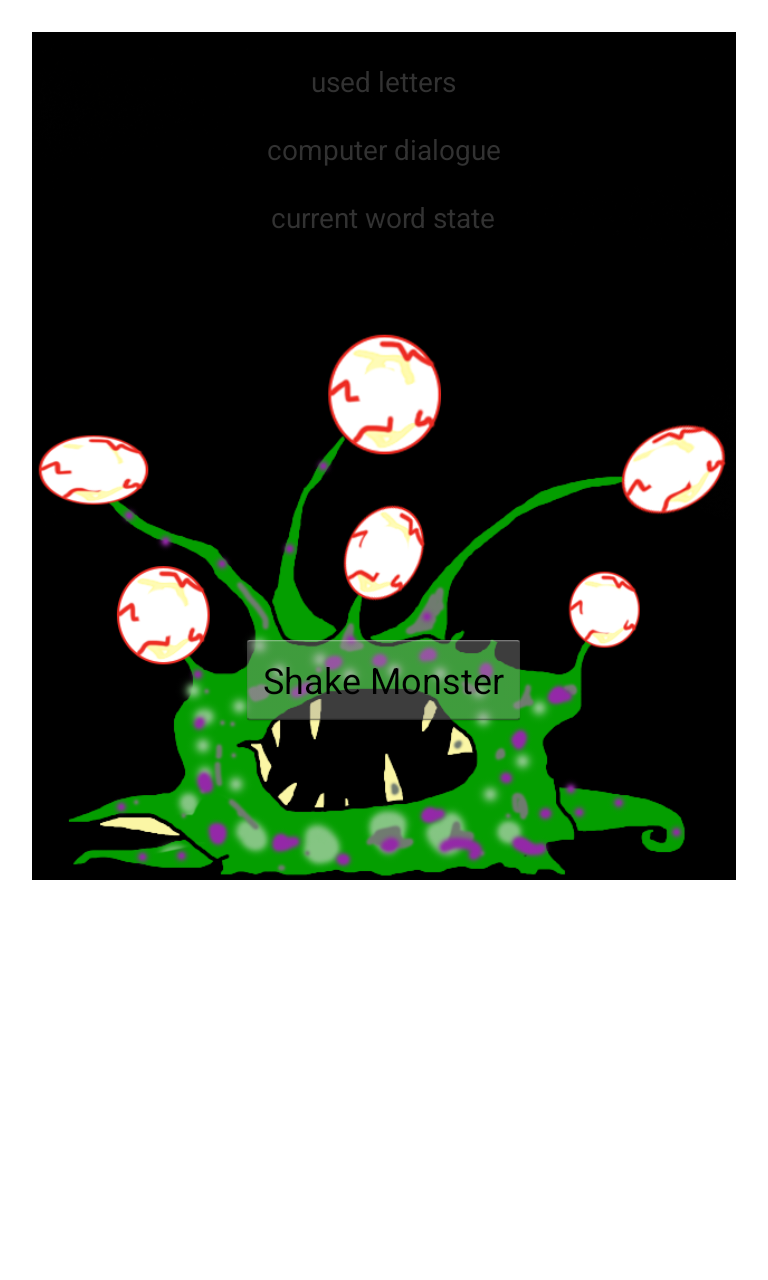
Repository: svandenhout/EvilSpaceMonsterHangman
Layout: evilSpaceMonsterHangman/res/layout/activity_main.xml
The author's editor kept a copy of each file at every save. The layout is drawn from the files as they stood at one save, then again after a run of saves.
It is drawn on a 768 x 1280 px phone screen (xhdpi) without system bars, with theme AppTheme; the app's code is not run.

Above is the layout before, as saved 2013-12-17 09:26:43.

### evilSpaceMonsterHangman/res/layout/activity_main.xml
<RelativeLayout xmlns:android="http://schemas.android.com/apk/res/android"
              xmlns:tools="http://schemas.android.com/tools"
              android:layout_width="match_parent"
              android:layout_height="match_parent"
              android:paddingLeft="@dimen/activity_horizontal_margin"
              android:paddingRight="@dimen/activity_horizontal_margin"
              android:paddingTop="@dimen/activity_vertical_margin"
              android:paddingBottom="@dimen/activity_vertical_margin"
              tools:context=".MainActivity"
              android:orientation="vertical">

    <ImageView
        android:id="@+id/space_monster"
        android:layout_width="wrap_content"
        android:layout_height="wrap_content"
        android:src="@drawable/spacemonster"
        android:layout_centerHorizontal="true"
        android:adjustViewBounds="true"/>

    <TextView
            android:id="@+id/usedLetters"
            android:layout_width="wrap_content"
            android:layout_height="wrap_content"
            android:text="@string/used_letters"
            android:layout_centerHorizontal="true"
            android:layout_marginTop="15dp"/>

    <TextView
            android:id="@+id/computerDialogue"
            android:layout_width="wrap_content"
            android:layout_height="wrap_content"
            android:layout_centerHorizontal="true"
            android:text="@string/computer_dialogue"
            android:layout_below="@+id/usedLetters"
            android:layout_marginTop="15dp"/>

    <TextView
            android:id="@+id/currentWordState"
            android:layout_width="wrap_content"
            android:layout_height="wrap_content"
            android:layout_below="@id/computerDialogue"
            android:text="@string/current_word_state"
            android:layout_centerHorizontal="true"
            android:layout_marginTop="15dp"/>

    <!-- TODO: make buttons relative to the imageview -->
    <Button
        android:id="@+id/eye_6"
        android:layout_width="50dp"
        android:layout_height="50dp"
        android:layout_alignTop="@+id/space_monster"
        android:layout_alignParentLeft="true"
        android:layout_marginTop="150dp"
        android:background="@null"/>

    <Button
        android:id="@+id/eye_2"
        android:layout_width="50dp"
        android:layout_height="50dp"
        android:layout_alignTop="@+id/space_monster"
        android:layout_marginTop="150dp"
        android:layout_alignParentRight="true"
        android:background="@null"/>

    <Button
        android:id="@+id/eye_5"
        android:layout_width="50dp"
        android:layout_height="50dp"
        android:layout_alignLeft="@+id/eye_6"
        android:layout_below="@+id/eye_6"
        android:layout_marginLeft="30dp"
        android:layout_marginTop="10dp"
        android:background="@null"/>

    <Button
        android:id="@+id/eye_3"
        android:layout_width="50dp"
        android:layout_height="50dp"
        android:layout_alignTop="@+id/space_monster"
        android:layout_centerHorizontal="true"
        android:layout_marginTop="120dp"
        android:background="@null"/>

    <Button
        android:id="@+id/eye_1"
        android:layout_width="50dp"
        android:layout_height="50dp"
        android:layout_alignRight="@+id/eye_2"
        android:layout_below="@+id/eye_2"
        android:layout_marginRight="30dp"
        android:layout_marginTop="10dp"
        android:background="@null"/>

    <Button
        android:id="@+id/eye_4"
        android:layout_width="50dp"
        android:layout_height="50dp"
        android:layout_below="@+id/eye_3"
        android:layout_centerHorizontal="true"
        android:layout_marginTop="15dp"
        android:background="@null"/>

    <Button
        android:id="@+id/shake_button"
        android:layout_width="wrap_content"
        android:layout_height="wrap_content"
        android:layout_centerHorizontal="true"
        android:layout_marginTop="300dp"
        android:text="@string/shake_monster"/>



</RelativeLayout>

### evilSpaceMonsterHangman/res/values/strings.xml
<?xml version="1.0" encoding="utf-8"?>
<resources>

    <string name="app_name" >Hangman
    </string>

    <!-- settings & preferences -->
    <string name="hi_scores" >hi-scores
    </string>
    <string name="settings" >settings
    </string>
    <string name="reset" >reset game
    </string>

    <string name="title_user_name" >user name
    </string>
    <string name="title_word_length">word length
    </string>
    <string name="title_amount_of_turns">amount of turns
    </string>
    <string name="title_evil_mode">Evil Mode
    </string>

    <string name="summary_user_name">set your user name here
    </string>
    <string name="summary_word_length">set the length of the words that you want to use
    </string>
    <string name="summary_amount_of_turns">set the amount of turns until you lose
    </string>
    <string name="summary_evil_mode">Start playing Evil Mode, You will not win
    </string>

    <string name="dialog_user_name" >user name:
    </string>
    <string name="dialog_word_length">word length:
    </string>
    <string name="dialog_amount_of_turns">amount of turns:
    </string>
    <string name="dialog_evil_mode">Evil Mode?
    </string>


    <!-- game ui -->
    <string name="current_word" >current word
    </string>
    <string name="current_word_state" >current word state
    </string>
    <string name="used_letters" >used letters
    </string>
    <string name="computer_dialogue">computer dialogue</string>
    <string name="button_text">~</string>
    <string name="shake_monster">Shake Monster</string>

    <!-- game states -->
    <string name="game_won">game won
    </string>
    <string name="game_lost">game lost
    </string>

    <!-- computer monologue -->
    <string name="cmonologue_start">Pick a letter to start playing</string>
    <string name="cmonologue_used">This letter has already been used, try again</string>
    <string name="cmonologue_invalid">WHAT THE HELL IS THAT!?, try another one</string>
    <string name="cmonologue_wrong">Wrong guess, pick again</string>
    <string name="cmonologue_correct">Lucky, why don\'t you try again?</string>
    <string name="cmonologue_won">:((</string>
    <string name="cmonologue_lost">:-)</string>
</resources>

Loaded but not shown: evilSpaceMonsterHangman/res/values/styles.xml (common file); evilSpaceMonsterHangman/res/values-v11/styles.xml (common file); evilSpaceMonsterHangman/res/values-v14/styles.xml (common file); evilSpaceMonsterHangman/res/values/dimens.xml (common file)

After the next 2 saves:
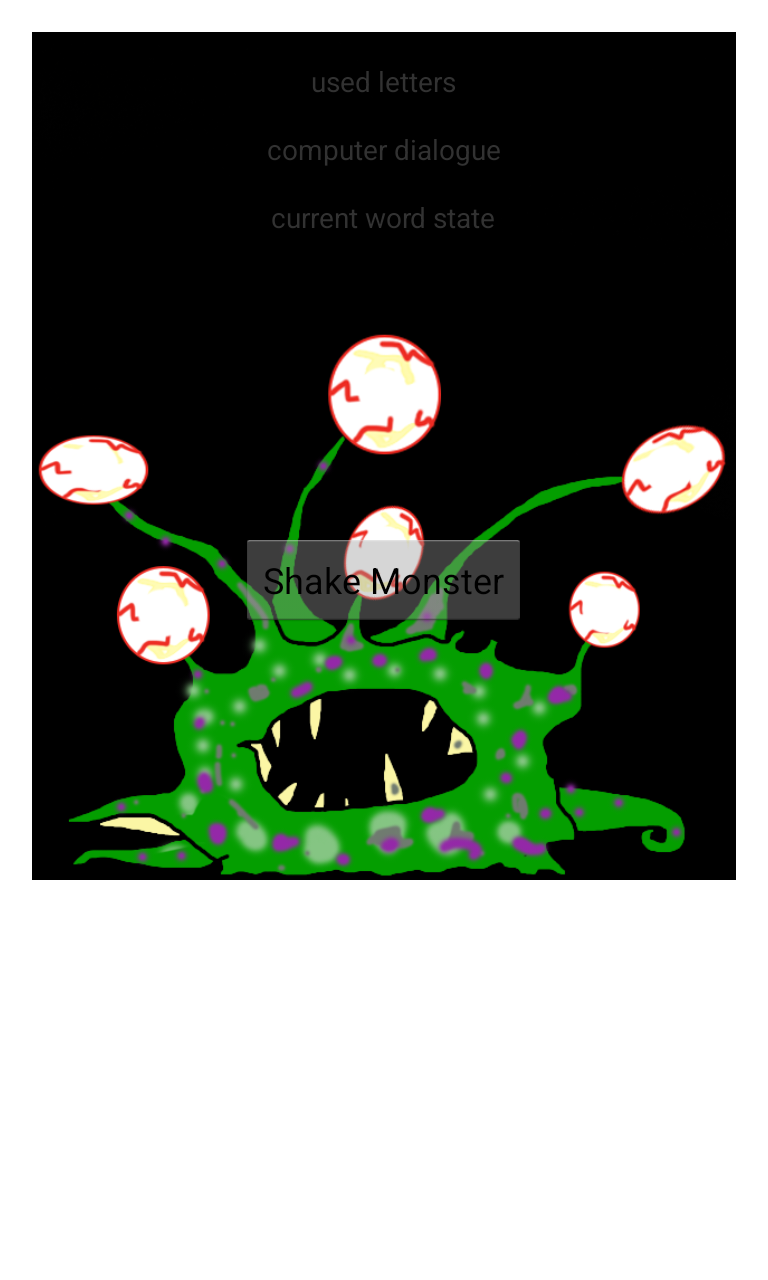
The 2 saves are shown as one change because they came seconds apart.
The last was saved 115 s later.
--- a/evilSpaceMonsterHangman/res/layout/activity_main.xml
+++ b/evilSpaceMonsterHangman/res/layout/activity_main.xml
@@ -104,8 +104,9 @@
         android:id="@+id/shake_button"
         android:layout_width="wrap_content"
         android:layout_height="wrap_content"
+        android:layout_alignTop="@+id/space_monster"
         android:layout_centerHorizontal="true"
-        android:layout_marginTop="300dp"
+        android:layout_marginTop="250dp"
         android:text="@string/shake_monster"/>
 
 
